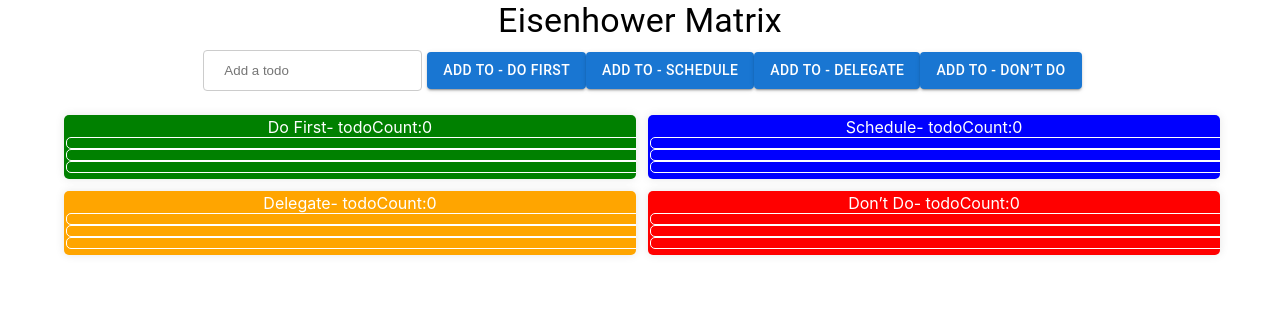
Repository: GokulDev4U/Krixi_react_assignment
Page: /
The author's editor kept a copy of each file at every save. The page is drawn from the files as they stood at one save, then again after the next save.
The browser window is 1280 px wide. The pictures show the whole page.
The project was rebuilt for these pictures with package versions that can differ from the ones it lists, and the page was loaded fresh each time.

Above is the page before, as saved 2022-04-05 14:04:45.

### src/index.js
import React from "react";
import ReactDOM from "react-dom";
import "./index.css";
import App from "./App";
import { store } from "./app/store";
import { Provider } from "react-redux";
import * as serviceWorker from "./serviceWorker";
import { PersistGate } from "redux-persist/integration/react";
import { persistStore } from "redux-persist";

let persistor = persistStore(store);

ReactDOM.render(
  <React.StrictMode>
    <Provider store={store}>
      <PersistGate loading={null} persistor={persistor}>
        <App />
      </PersistGate>
    </Provider>
  </React.StrictMode>,
  document.getElementById("root")
);

// If you want your app to work offline and load faster, you can change
// unregister() to register() below. Note this comes with some pitfalls.
// Learn more about service workers: https://bit.ly/CRA-PWA
serviceWorker.unregister();

### src/App.js
import React, { useState } from "react";
import { Container, Grid, Button, Typography } from "@mui/material";
import Card from "./Components/card/Card";
import { useDispatch } from "react-redux";
import { addDoFirst } from "./features/todo/todoSlice";
import { addSchedule } from "./features/todo/todoScheduleSlice";
import { addDelegate } from "./features/todo/todoDelegateSlice";
import { addDontDo } from "./features/todo/todoDontDoSlice";
import "./App.css";
import { DragDropContext } from "react-beautiful-dnd";

function App() {
  const dispatch = useDispatch();
  const [todo, setTodo] = useState("");
  let finalTodo = todo;
  const handleChange = (e) => {
    setTodo(e.target.value);
  };
  const handleDoFirstButtonClick = (e) => {
    e.preventDefault();
    e.stopPropagation();
    if (todo.length > 0) {
      dispatch(addDoFirst(finalTodo));
      setTodo("");
    }
  };
  const handleScheduleButtonClick = (e) => {
    e.preventDefault();
    e.stopPropagation();
    if (todo.length > 0) {
      dispatch(addSchedule(finalTodo));
      setTodo("");
    }
  };
  const handleDelegateButtonClick = (e) => {
    e.preventDefault();
    e.stopPropagation();
    if (todo.length > 0) {
      dispatch(addDelegate(finalTodo));
      setTodo("");
    }
  };
  const handleDontDoButtonClick = (e) => {
    e.preventDefault();
    e.stopPropagation();
    if (todo.length > 0) {
      dispatch(addDontDo(finalTodo));
      setTodo("");
    }
  };

  const onDragEnd = (result) => {
    const { destination, source, draggableId } = result;
    if (!destination) {
      return;
    }
    if (
      destination.droppableId === source.droppableId &&
      destination.index === source.index
    ) {
      return;
    }
    const start = source.droppableId;
    const finish = destination.droppableId;
    if (start === "doFirst" && finish === "schedule") {
      dispatch(addSchedule(finalTodo));
      dispatch(addDoFirst(finalTodo));
    } else if (start === "doFirst" && finish === "delegate") {
      dispatch(addDelegate(finalTodo));
      dispatch(addDoFirst(finalTodo));
    } else if (start === "doFirst" && finish === "dontDo") {
      dispatch(addDontDo(finalTodo));
      dispatch(addDoFirst(finalTodo));
    } else if (start === "schedule" && finish === "doFirst") {
      dispatch(addDoFirst(finalTodo));
      dispatch(addSchedule(finalTodo));
    } else if (start === "schedule" && finish === "delegate") {
      dispatch(addDelegate(finalTodo));
      dispatch(addSchedule(finalTodo));
    } else if (start === "schedule" && finish === "dontDo") {
      dispatch(addDontDo(finalTodo));
      dispatch(addSchedule(finalTodo));
    } else if (start === "delegate" && finish === "doFirst") {
      dispatch(addDoFirst(finalTodo));
      dispatch(addDelegate(finalTodo));
    } else if (start === "delegate" && finish === "schedule") {
      dispatch(addSchedule(finalTodo));
      dispatch(addDelegate(finalTodo));
    } else if (start === "delegate" && finish === "dontDo") {
      dispatch(addDontDo(finalTodo));
      dispatch(addDelegate(finalTodo));
    } else if (start === "dontDo" && finish === "doFirst") {
      dispatch(addDoFirst(finalTodo));
      dispatch(addDontDo(finalTodo));
    } else if (start === "dontDo" && finish === "schedule") {
      dispatch(addSchedule(finalTodo));
      dispatch(addDontDo(finalTodo));
    } else if (start === "dontDo" && finish === "delegate") {
      dispatch(addDelegate(finalTodo));
      dispatch(addDontDo(finalTodo));
    }
  };

  return (
    <DragDropContext onDragEnd={onDragEnd}>
      <div className="App">
        <Container sx={{ flexGrow: 1 }}>
          <Typography variant="h4">Eisenhower Matrix</Typography>
          <Grid container spacing={2}>
            <Grid item xs={12}>
              <input
                type="text"
                placeholder="Add a todo"
                value={todo}
                onChange={handleChange}
              />
              <Button
                variant="contained"
                color="primary"
                onClick={handleDoFirstButtonClick}
              >
                Add to - do first
              </Button>
              <Button
                variant="contained"
                color="primary"
                onClick={handleScheduleButtonClick}
              >
                Add to - Schedule
              </Button>
              <Button
                variant="contained"
                color="primary"
                onClick={handleDelegateButtonClick}
              >
                Add to - Delegate
              </Button>
              <Button
                variant="contained"
                color="primary"
                onClick={handleDontDoButtonClick}
              >
                Add to - Don’t Do
              </Button>
            </Grid>
            <Grid item xs={6}>
              <Card color="green" title="Do First" flag="doFirst" />
            </Grid>
            <Grid item xs={6}>
              <Card color="blue" title="Schedule" flag="schedule" />
            </Grid>
            <Grid item xs={6}>
              <Card color="orange" title="Delegate" flag="delegate" />
            </Grid>
            <Grid item xs={6}>
              <Card color="red" title="Don’t Do" flag="dontDo" />
            </Grid>
          </Grid>
        </Container>
      </div>
    </DragDropContext>
  );
}

export default App;

### src/app/store.js
import { configureStore } from "@reduxjs/toolkit";
import storage from "redux-persist/lib/storage";
import { combineReducers } from "redux";
import { persistReducer } from "redux-persist";
import todoReducer from "../features/todo/todoSlice";
import todoScheduleReducer from "../features/todo/todoScheduleSlice";
import todoDelegateReducer from "../features/todo/todoDelegateSlice";
import todoDontDoReducer from "../features/todo/todoDontDoSlice";

const reducers = combineReducers({
  todo: todoReducer,
  todoSchedule: todoScheduleReducer,
  todoDelegate: todoDelegateReducer,
  todoDontDo: todoDontDoReducer,
});

const persistConfig = {
  key: "root",
  storage,
};

const persistedReducer = persistReducer(persistConfig, reducers);

export const store = configureStore({
  reducer: persistedReducer,
  devTools: process.env.NODE_ENV !== "production",
});

### src/Components/card/Card.jsx
import React from 'react';
import { useSelector } from 'react-redux';
import { selectTodoDoFirst } from '../../features/todo/todoSlice';
import { selectTodoSchedule } from '../../features/todo/todoScheduleSlice';
import { selectTodoDelegate } from '../../features/todo/todoDelegateSlice';
import { selectTodoDontDo } from '../../features/todo/todoDontDoSlice';
import './Card.css';
import { Draggable } from 'react-beautiful-dnd';
import { Droppable } from 'react-beautiful-dnd';


const Card = ({ color, title, flag }) => {
  const todosDoFirst = useSelector(selectTodoDoFirst);
  const todosSchedule = useSelector(selectTodoSchedule);
  const todosDelegate = useSelector(selectTodoDelegate);
  const todosDontDo = useSelector(selectTodoDontDo);

  let todosDoFirstLength = todosDoFirst.length;
  let todosScheduleLength = todosSchedule.length;
  let todosDelegateLength = todosDelegate.length;
  let todosDontDoLength = todosDontDo.length;
  const innerRef = React.useRef();

  const getTodosDoFirstRef = () => {
    return innerRef.current.children[0];
  };

  const getTodosScheduleRef = () => {
    return innerRef.current.children[1];
  };

  const getTodosDelegateRef = () => {
    return innerRef.current.children[2];
  };

  const getTodosDontDoRef = () => {
    return innerRef.current.children[3];
  };

  return (
    <div className='box' style={{ backgroundColor: `${color}` }}>
      <div className="card-title">
        {`${title}- todoCount:${Number((flag === "doFirst" && todosDoFirstLength) || (flag === "schedule" && todosScheduleLength) || (flag === "delegate" && todosDelegateLength) || (flag === "dontDo" && todosDontDoLength))}`}
      </div>
      <Droppable droppableId={flag} >
        {(provided, snapshot) => {
          return (
            <div className="card-content" ref={provided.innerRef} {...provided.droppableProps} >
              <Draggable draggableId={title} index={0}>
                {(provided, snapshot) => {
                  return (
                    <div ref={provided.innerRef} {...provided.draggableProps} {...provided.dragHandleProps}>
                      {flag === "doFirst" && todosDoFirst?.map((todo, index) => (
                        <div key={index} className="card-content-item" >
                          {todo}
                        </div>
                      ))}
                    </div>
                  );
                }}
              </Draggable>
              <Draggable draggableId={title} index={1}>
                {(provided, snapshot) => {
                  return (
                    <div className="card-content-item" ref={provided.innerRef} {...provided.draggableProps} {...provided.dragHandleProps}>
                      {flag === "schedule" && todosSchedule?.map((todo, index) => (
                        <div key={index} >
                          {todo}
                        </div>
                      ))}
                    </div>
                  );
                }}
              </Draggable>
              <Draggable draggableId={title} index={2}>
                {(provided, snapshot) => {
                  return (
                    <div className="card-content-item" ref={provided.innerRef} {...provided.draggableProps} {...provided.dragHandleProps}>
                      {flag === "delegate" && todosDelegate?.map((todo, index) => (
                        <div key={index} >
                          {todo}
                        </div>
                      ))}
                    </div>
                  );
                }}
              </Draggable>
              <Draggable draggableId={title} index={3}>
                {(provided, snapshot) => {
                  return (
                    <div className="card-content-item" ref={provided.innerRef} {...provided.draggableProps} {...provided.dragHandleProps}>
                      {flag === "dontDo" && todosDontDo?.map((todo, index) => (
                        <div key={index} >
                          {todo}
                        </div>
                      ))}
                    </div>
                  );
                }}
              </Draggable>
            </div>
          );
        }}
      </Droppable>
    </div >
  );
};

export default Card;

### src/features/todo/todoSlice.jsx
import { createSlice } from "@reduxjs/toolkit";

const initialState = {
    doFirst: [],
    // schedule: [],
    // delegate: [],
    // dontDo: [],
};

export const todoSlice = createSlice({
    name: "todo",
    initialState,
    reducers: {
        addDoFirst: (state, action) => {
            state.doFirst.push(action.payload);
        },
        // addSchedule: (state, action) => {
        //     state.schedule.push(action.payload);
        // },
        // addDelegate: (state, action) => {
        //     state.delegate.push(action.payload);
        // },
        // addDontDo: (state, action) => {
        //     state.dontDo.push(action.payload);
        // },
        remove: (state) => {
            // state.value -= 1;
        },
        edit: (state, action) => {
            // state.value += action.payload;
        },
    },
});

export const { addDoFirst, addDelegate, addSchedule, addDontDo, remove, edit } = todoSlice.actions;

export const selectTodoDoFirst = (state) => state.todo.doFirst;
// export const selectTodoSchedule = (state) => state.todo.schedule;
// export const selectTodoDelegate = (state) => state.todo.delegate;
// export const selectTodoDontDo = (state) => state.todo.dontDo;

export default todoSlice.reducer;

### src/features/todo/todoScheduleSlice.jsx
import { createSlice } from "@reduxjs/toolkit";

const initialState = {
    schedule: [],
};

export const todoScheduleSlice = createSlice({
    name: "todoSchedule",
    initialState,
    reducers: {
        addSchedule: (state, action) => {
            state.schedule.push(action.payload);
        },
        remove: (state) => {

        },
        edit: (state, action) => {

        },
    },
});

export const { addSchedule, remove, edit } = todoScheduleSlice.actions;

export const selectTodoSchedule = (state) => state.todoSchedule.schedule;

export default todoScheduleSlice.reducer;

### src/features/todo/todoDelegateSlice.jsx
import { createSlice } from "@reduxjs/toolkit";

const initialState = {
    delegate: [],
};

export const todoDelegateSlice = createSlice({
    name: "todoDelegate",
    initialState,
    reducers: {
        addDelegate: (state, action) => {
            state.delegate.push(action.payload);
        },
        remove: (state) => {

        },
        edit: (state, action) => {

        },
    },
});

export const { addDelegate, remove, edit } = todoDelegateSlice.actions;

export const selectTodoDelegate = (state) => state.todoDelegate.delegate;

export default todoDelegateSlice.reducer;

### src/features/todo/todoDontDoSlice.jsx
import { createSlice } from "@reduxjs/toolkit";

const initialState = {
    dontDo: [],
};

export const todoDontDoSlice = createSlice({
    name: "todoDontDo",
    initialState,
    reducers: {
        addDontDo: (state, action) => {
            state.dontDo.push(action.payload);
        },
        remove: (state) => {

        },
        edit: (state, action) => {

        },
    },
});

export const { addDontDo, remove, edit } = todoDontDoSlice.actions;

export const selectTodoDontDo = (state) => state.todoDontDo.dontDo;

export default todoDontDoSlice.reducer;

### src/App.css
.App {
  text-align: center;
}

input[type=text]{
  /* width: 100%; */
  padding: 12px 20px;
  margin: 8px 5px;
  display: inline-block;
  border: 1px solid #ccc;
  border-radius: 4px;
  box-sizing: border-box;
}

Button {
  margin-right: 5px;
}

### src/Components/card/Card.css
 .box{
    width: 100%;
    height: 100%;
    color: #fff;
    border-radius: 5px;
    box-shadow: 0 0 10px rgba(0,0,0,0.1);
    overflow: hidden;
    cursor: pointer;
    padding: 2px;
 }
 .card-content{
    display: flex;
    flex-direction: column;
    justify-content: space-around;

 }
 .card-content-item{
      width: 100%;
      height: 100%;
      border: 1px solid #fff;
      /* background-color: rgb(187, 231, 202); */
      padding: 5px;
      border-radius: 5px;
 }

Loaded but not shown: public/index.html (common file); src/index.css (common file); src/serviceWorker.js (common file)

After the next save:
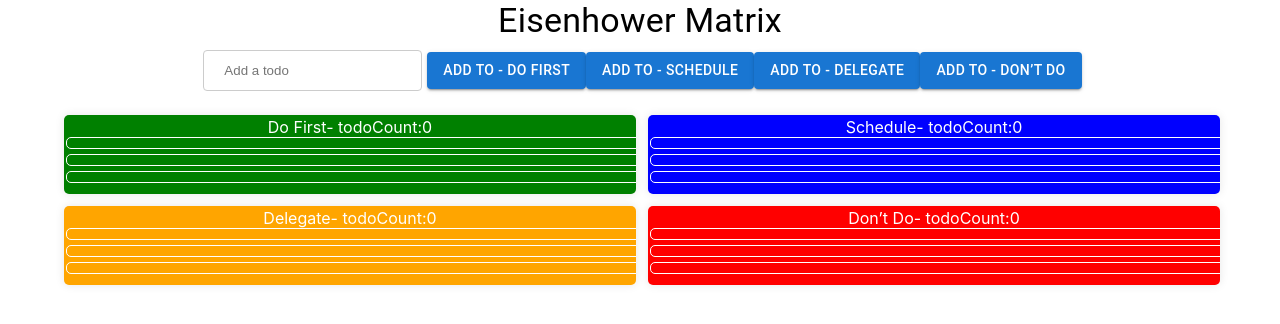
Saved 62 s later.
--- a/src/Components/card/Card.css
+++ b/src/Components/card/Card.css
@@ -18,7 +18,7 @@
       width: 100%;
       height: 100%;
       border: 1px solid #fff;
-      /* background-color: rgb(187, 231, 202); */
+      margin-bottom: 5px;
       padding: 5px;
       border-radius: 5px;
  }
